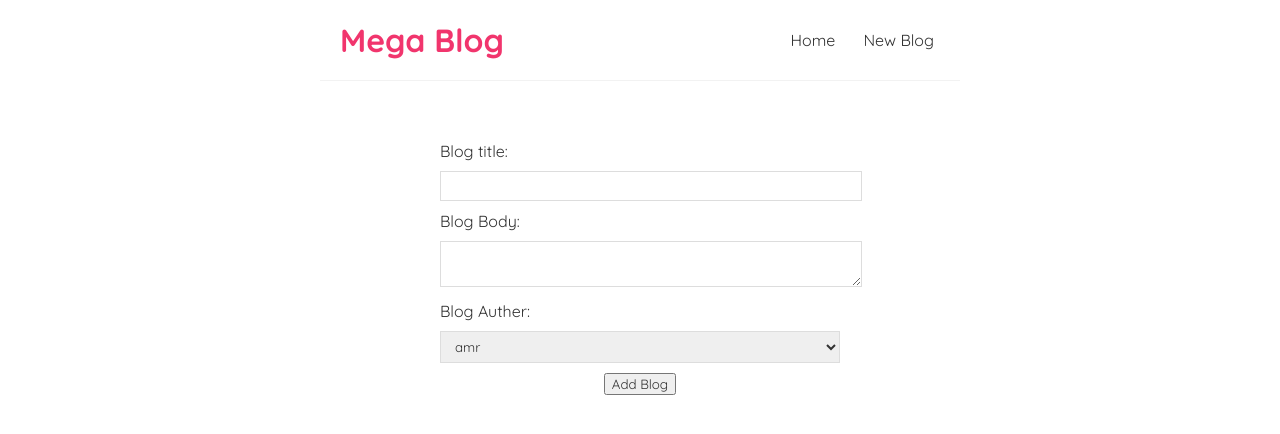
Repository: Amr-Hendawy/blog
Page: /create
The author's editor kept a copy of each file at every save. The page is drawn from the files as they stood at one save, then again after the next save.
The browser window is 1280 px wide. The pictures show the whole page.
The project was rebuilt for these pictures with package versions that can differ from the ones it lists, and the page was loaded fresh each time. A package was used in the major version that the imports need, not the one package.json lists. Also part of the build but not shown: src/Components/BlogList/BlogList.js, src/Components/Home/Home.css, src/Components/useFetch/useFetch.js, src/Components/Home/Home.js, src/Components/BlogDetails/BlogDetails.js.

Above is the page before, as saved 2022-11-09 19:49:23.

After the next save:
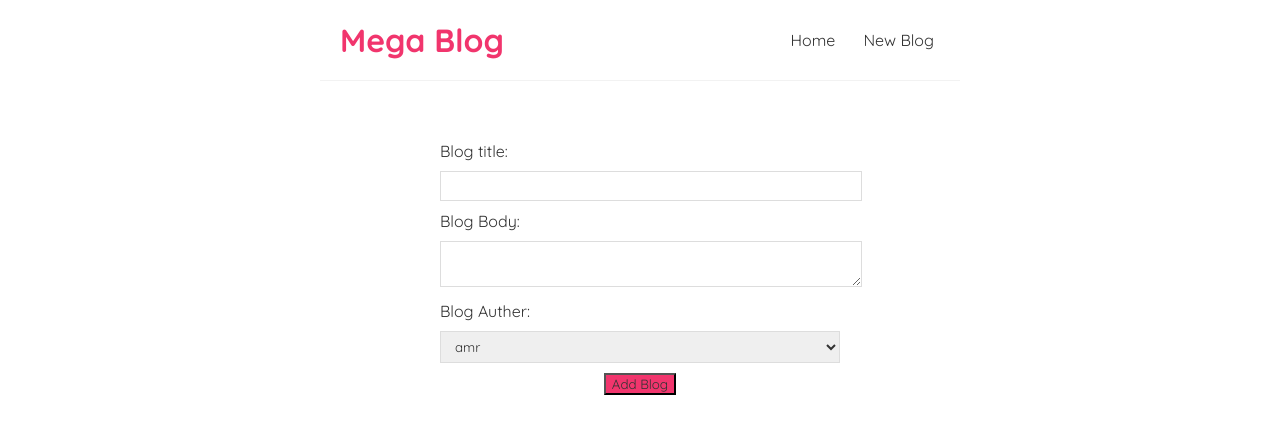
Saved 3 min 7 s later.
--- a/src/index.css
+++ b/src/index.css
@@ -75,3 +75,6 @@
   margin: 10px 0;
   border: 1px solid #ddd;
 }
+.create button {
+  background-color: #f1356d;
+}
